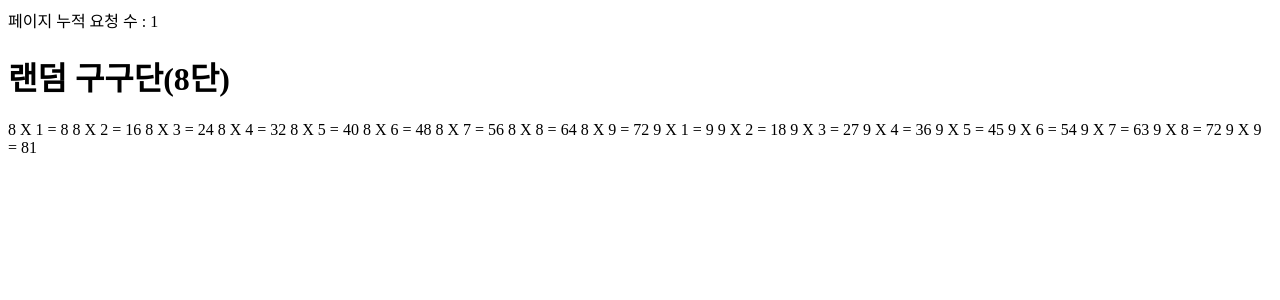
Repository: GITJIWOO/JavaBasic
Page: http://localhost/JSPBasic/Tag_quiz02.jsp
An editor plug-in stored every save of this project. The page is shown before and after a run of saves, followed by the edit.
The browser window is 1280 px wide. The pictures show the whole page.
The page is served by Tomcat 9.

Above is the page before, as saved 2021-07-29 07:50:11.

### JSPBasic/WebContent/Tag_quiz02.jsp
<%@ page language="java" contentType="text/html; charset=UTF-8"
    pageEncoding="UTF-8"%>
<%!
	int total = 0;
%>
<!DOCTYPE html>
<html>
<head>
<meta charset="UTF-8">
<title>Insert title here</title>
</head>
<body>
	<%
		total++;
		out.println("페이지 누적 요청 수 : " + total);
		if(total == 10){
			out.println("매 <br>10</br>번째 방문자에게는 기프티콘을 드립니다.");
			out.println("당첨되셧습니다!!");
		}
		int ranNum = (int)((Math.random() * 2) + 7);
		out.println("<h1>랜덤 구구단(" + ranNum + "단)</h1>");

		for(int i = ranNum; i <= 9; i++){
			for(int j = 1; j <= 9; j++){
				out.println(i + " X " + j + " = " + (i * j));
			}
		}
	%>
</body>
</html>

After the next 2 saves:
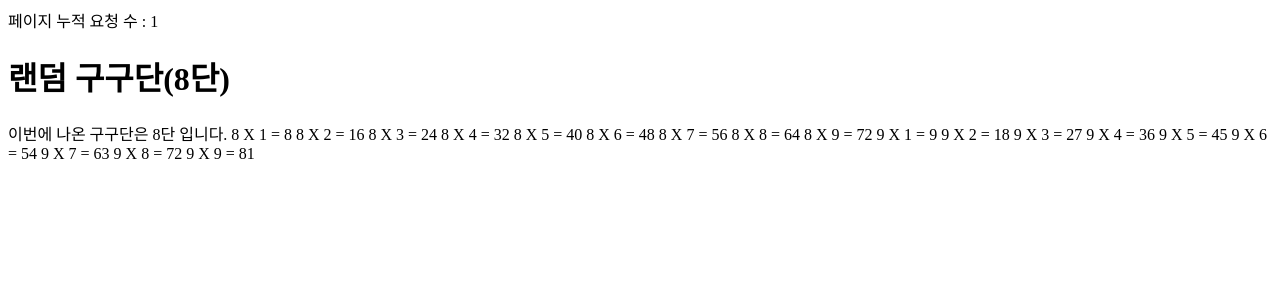
The 2 saves are shown as one change because they came seconds apart.
The last was saved 34 s later.
--- a/JSPBasic/WebContent/Tag_quiz02.jsp
+++ b/JSPBasic/WebContent/Tag_quiz02.jsp
@@ -19,6 +19,7 @@
 		}
 		int ranNum = (int)((Math.random() * 2) + 7);
 		out.println("<h1>랜덤 구구단(" + ranNum + "단)</h1>");
+		out.println("이번에 나온 구구단은 " + ranNum + "단 입니다.");
 
 		for(int i = ranNum; i <= 9; i++){
 			for(int j = 1; j <= 9; j++){
